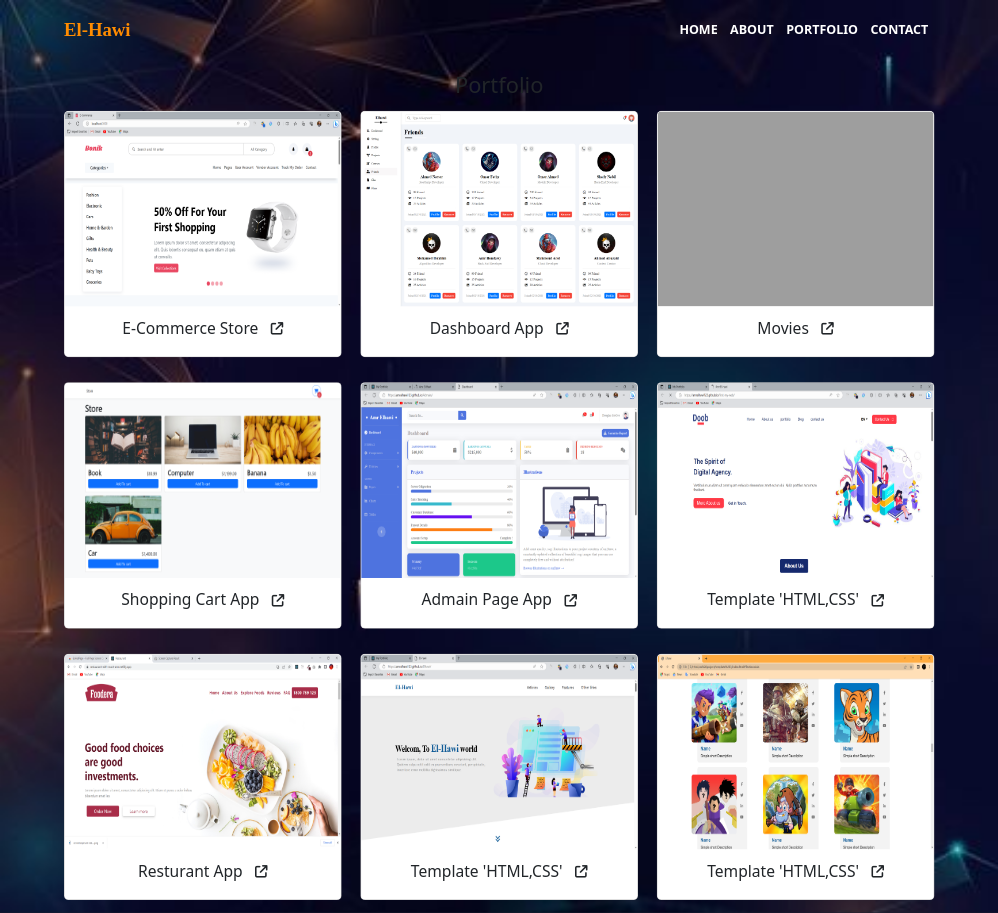
Repository: amralhawi123/Portfolio
Page: /portfolio
The author's editor kept a copy of each file at every save. The page is drawn from the files as they stood at one save, then again after the next save.
The browser window is 1280 px wide. The pictures show the whole page, at 78% of full size.
Pictures or frames that could not be fetched are drawn as grey boxes. The project was rebuilt for these pictures with package versions that can differ from the ones it lists, and the page was loaded fresh each time. Also part of the build but not shown: src/components/landing/landing.css, src/components/landing/landing.js, src/components/about/about.css, src/components/about/About.js, src/components/contact/contact.css, src/components/contact/contact.js. Imported but missing from the stored project, and not drawn on this page: src/image/Amr Mahmoud Alhawi.pdf.

Above is the page before, as saved 2023-08-28 17:47:38.

### public/index.html
<!DOCTYPE html>
<html lang="en">
  <head>
    <meta charset="utf-8" />
    <link rel="icon" href="%PUBLIC_URL%/favicon.ico" />
    <meta name="viewport" content="width=device-width, initial-scale=1" />
    <meta name="theme-color" content="#000000" />
    <meta
      name="description"
      content="Web site created using create-react-app"
    />
    <link rel="stylesheet" href="https://cdnjs.cloudflare.com/ajax/libs/font-awesome/6.4.2/css/all.min.css" integrity="sha512-z3gLpd7yknf1YoNbCzqRKc4qyor8gaKU1qmn+CShxbuBusANI9QpRohGBreCFkKxLhei6S9CQXFEbbKuqLg0DA==" crossorigin="anonymous" referrerpolicy="no-referrer" />

    <link rel="apple-touch-icon" href="%PUBLIC_URL%/logo192.png" />
    <link rel="manifest" href="%PUBLIC_URL%/manifest.json" />
    <title>My Portfolio</title>
  </head>
  <body>
    <!-- <noscript>You need to enable JavaScript to run this app.</noscript> -->
    <div id="root"></div>

  </body>
</html>

### src/components/navbar/MayNav.js
import React from 'react'
import './Maynav.css'
import { Nav, Navbar } from 'react-bootstrap'

const MayNav = () => {
  return (
       <div className='myNav'>
      <Navbar    expand="lg" data-bs-theme="dark">
      <Navbar.Brand href="#home" className='fs-4'>El-Hawi</Navbar.Brand>
        <Navbar.Toggle aria-controls="basic-navbar-nav" />
        <Navbar.Collapse id="basic-navbar-nav">
        <Nav className="ms-auto links">
            <Nav.Link href="#home">HOME</Nav.Link>
            <Nav.Link href="#about">ABOUT</Nav.Link>
            <Nav.Link href="#portfolio">PORTFOLIO</Nav.Link>
            <Nav.Link href="#contact">CONTACT</Nav.Link>
          </Nav>
        </Navbar.Collapse>
    </Navbar>
     </div>

  )
}

export default MayNav

### src/components/Portfolio/Portfolio.js
import React from 'react'
import './portfolio.css'
import { Card, Col, Row } from 'react-bootstrap'
import ecommerce from '../../image/ecommerce/E-Commerce - Personal - Microsoft​ Edge 8_4_2023 10_56_34 AM.png'
import dashboard from '../../image/dashboard/Frindes.jpg'
import movies from '../../image/movies/Screenshot_2023-07-25_11-49-46.png'
import resturant from '../../image/resturant/Restaurant - Google Chrome 7_25_2023 2_06_54 PM.png'
import shopping from '../../image/shopping-cart/Screenshot_2023-08-02_15-48-21.png'
import admain from '../../image/admain/Dashboard and 2 more pages - Personal - Microsoft​ Edge 8_23_2023 10_50_29 PM.png'
import template from '../../image/html,css/Elhawi - Google Chrome 8_22_2022 9_33_56 AM.png'
import temp3 from '../../image/templat/tem3.png'
import template2 from '../../image/templat/Dashboard and 2 more pages - Personal - Microsoft​ Edge 8_23_2023 10_54_05 PM.png'
import { Link } from 'react-router-dom'

const Portfolio = () => {
  return (
    <div className='portfolio text-center' id='portfolio'>
      <h3 className=' my-3'>Portfolio</h3>
      <div className='box gap-3'>
         <Row>
            <Col xs={12} md={4} className='mb-3'>
              <Link to='https://e-commerce-amr.netlify.app/'>
            <Card>
      <Card.Img variant="top" src={ecommerce} style={{height:"250px"}}/>
      <Card.Body className='d-flex algin-items-center gap-3 justify-content-center'>
        <Card.Title>E-Commerce Store</Card.Title>
        <Card.Text>
          <i class='fa-solid fa-arrow-up-right-from-square'></i>
        </Card.Text>
      </Card.Body>
    </Card>
              </Link>
            </Col>
            <Col xs={12} md={4} className='mb-3'>
            <Link to='https://amralhawi123.github.io/Dashboard/'>
            <Card>
      <Card.Img variant="top" src={dashboard} style={{height:"250px"}}/>
      <Card.Body className='d-flex algin-items-center gap-3 justify-content-center'>
        <Card.Title>Dashboard App</Card.Title>
        <Card.Text>
          <i class='fa-solid fa-arrow-up-right-from-square'></i>
        </Card.Text>
      </Card.Body>
    </Card>
            </Link>
            </Col>
            <Col xs={12} md={4} className='mb-3'>
            <Link to='https://movies-by-redux.netlify.app/'>
            <Card>
      <Card.Img variant="top" src={movies} style={{height:"250px"}}/>
      <Card.Body className='d-flex algin-items-center gap-3 justify-content-center'>
        <Card.Title>Movies</Card.Title>
        <Card.Text>
          <i class='fa-solid fa-arrow-up-right-from-square'></i>
        </Card.Text>
      </Card.Body>
    </Card>
            </Link>
            </Col>
            <Col xs={12} md={4} className='my-3 '>
            <Link to='https://shopping-cart-amr.netlify.app/'>
            <Card>
      <Card.Img variant="top" src={shopping} style={{height:"250px"}}/>
      <Card.Body className='d-flex algin-items-center gap-3 justify-content-center'>
        <Card.Title>Shopping Cart App</Card.Title>
        <Card.Text>
          <i class='fa-solid fa-arrow-up-right-from-square'></i>
        </Card.Text>
      </Card.Body>
    </Card>
            </Link>
            </Col>
            <Col xs={12} md={4} className='my-3 '>
            <Link to='https://amralhawi123.github.io/Admain/'>
            <Card>
      <Card.Img variant="top" src={admain} style={{height:"250px"}}/>
      <Card.Body className='d-flex algin-items-center gap-3 justify-content-center'>
        <Card.Title>Admain Page App</Card.Title>
        <Card.Text>
          <i class='fa-solid fa-arrow-up-right-from-square'></i>
        </Card.Text>
      </Card.Body>
    </Card>
            </Link>
            </Col>
            <Col xs={12} md={4} className='my-3 '>
            <Link to='https://amralhawi123.github.io/first-my-web/'>
            <Card>
      <Card.Img variant="top" src={template2} style={{height:"250px"}}/>
      <Card.Body className='d-flex algin-items-center gap-3 justify-content-center'>
        <Card.Title>Template 'HTML,CSS'</Card.Title>
        <Card.Text>
          <i class='fa-solid fa-arrow-up-right-from-square'></i>
        </Card.Text>
      </Card.Body>
    </Card>
            </Link>
            </Col>
            <Col xs={12} md={4} className='my-3 '>
            <Link to='https://restaurant-with-react-amr.netlify.app/'>
            <Card>
      <Card.Img variant="top" src={resturant} style={{height:"250px"}}/>
      <Card.Body className='d-flex algin-items-center gap-3 justify-content-center'>
        <Card.Title>Resturant App</Card.Title>
        <Card.Text>
          <i class='fa-solid fa-arrow-up-right-from-square'></i>
        </Card.Text>
      </Card.Body>
    </Card>
            </Link>
            </Col>
            <Col xs={12} md={4} className='my-3 '>
            <Link to='https://amralhawi123.github.io/Elhawi/'>
            <Card>
      <Card.Img variant="top" src={temp3} style={{height:"250px"}}/>
      <Card.Body className='d-flex algin-items-center gap-3 justify-content-center'>
        <Card.Title>Template 'HTML,CSS'</Card.Title>
        <Card.Text>
          <i class='fa-solid fa-arrow-up-right-from-square'></i>
        </Card.Text>
      </Card.Body>
    </Card>
            </Link>
            </Col>
            <Col xs={12} md={4} className='my-3 '>
            <Link to='https://amralhawi123.github.io/Html-and-css-Project/'>
            <Card>
      <Card.Img variant="top" src={template} style={{height:"250px"}}/>
      <Card.Body className='d-flex algin-items-center gap-3 justify-content-center'>
        <Card.Title>Template 'HTML,CSS'</Card.Title>
        <Card.Text>
          <i class='fa-solid fa-arrow-up-right-from-square'></i>
        </Card.Text>
      </Card.Body>
    </Card>
            </Link>
            </Col>
         </Row>
      </div>
    </div>
  )
}

export default Portfolio

### src/components/navbar/Maynav.css
.myNav .navbar-brand{
   font-weight: bold ;
   font-family: auto;
   color:darkorange;
}

.navbar-toggler{
   background-color: white !important;
}
@media (max-width:576px) {
   .navbar-toggler{
      display: none !important;
   }
   .collapse:not(.show) {
      display: block !important;
  }
}
.myNav .links a {
   display: flex;
    justify-content: center;
    align-items: center;
    height: 60px;
    padding: 0 20px;
    position: relative;
    transition: .2s;
    overflow: hidden;
    text-decoration: auto;
    color: white;
    font-weight: 700;
}
.myNav .links a::before{
   content: '';
   position: absolute;
   width: 100%;
   height: 3px;
   background-color: darkorange;
   top: 0;
   left: -100%;
   transition: .2s;
}
.myNav .links a:hover::before {
   left: 0;
}
@media (max-width:576px) {
   .navbar-toggler{
      display: none !important;
   }
   .collapse:not(.show) {
      display: block !important;
  }
  .navbar-nav {
    flex-direction: row !important;
  }
  .myNav .links a{
   padding: 0 15px;
  }
  .navbar{
   display: block !important;
   text-align: center;
  }
  .myNav .links a::before{
   top: 94%;
   left: -100%;
   transition: .2s;
}

}

### src/components/Portfolio/portfolio.css
.font-three{
   color: white;
   position: relative;
   text-transform: uppercase;
   display: inline-block;
   }

   .font-three::after{
      content: '';
      position: absolute;
      background-color: darkorange;
      width: 80px;
      height: 4px;
      left: 1px;
      bottom: -8px;
   }
.portfolio a{
   text-decoration: none;
   color:darkorange
}

.portfolio .box .card {
   overflow: hidden;
}

.portfolio .box .card:hover .card-img-top {
   transform: rotate(-1deg) scale(1.1);
}
.portfolio .box .card .card-img-top {
   transition: 1.5s;
}
@media (max-width:576px) {
   .portfolio{
      margin-top: 35px;
   }
}

Loaded but not shown: src/index.js (common file); src/App.js (common file); src/index.css (common file)

After the next save:
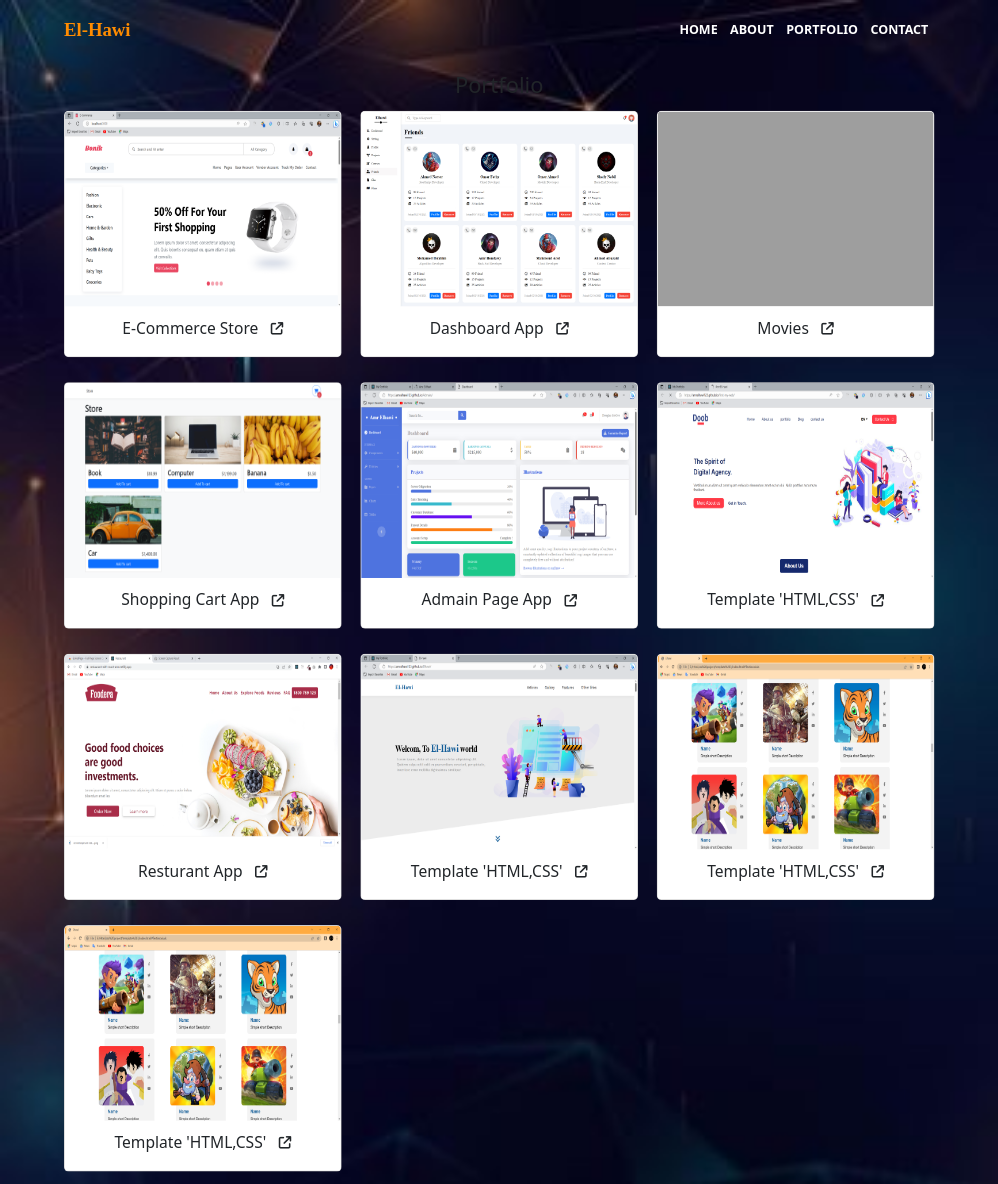
Saved 44 s later.
--- a/src/components/Portfolio/Portfolio.js
+++ b/src/components/Portfolio/Portfolio.js
@@ -135,6 +135,19 @@
     </Card>
             </Link>
             </Col>
+            <Col xs={12} md={4} className='my-3 '>
+            <Link to='https://amralhawi123.github.io/Html-and-css-Project/'>
+            <Card>
+      <Card.Img variant="top" src={template} style={{height:"250px"}}/>
+      <Card.Body className='d-flex algin-items-center gap-3 justify-content-center'>
+        <Card.Title>Template 'HTML,CSS'</Card.Title>
+        <Card.Text>
+          <i class='fa-solid fa-arrow-up-right-from-square'></i>
+        </Card.Text>
+      </Card.Body>
+    </Card>
+            </Link>
+            </Col>
          </Row>
       </div>
     </div>
